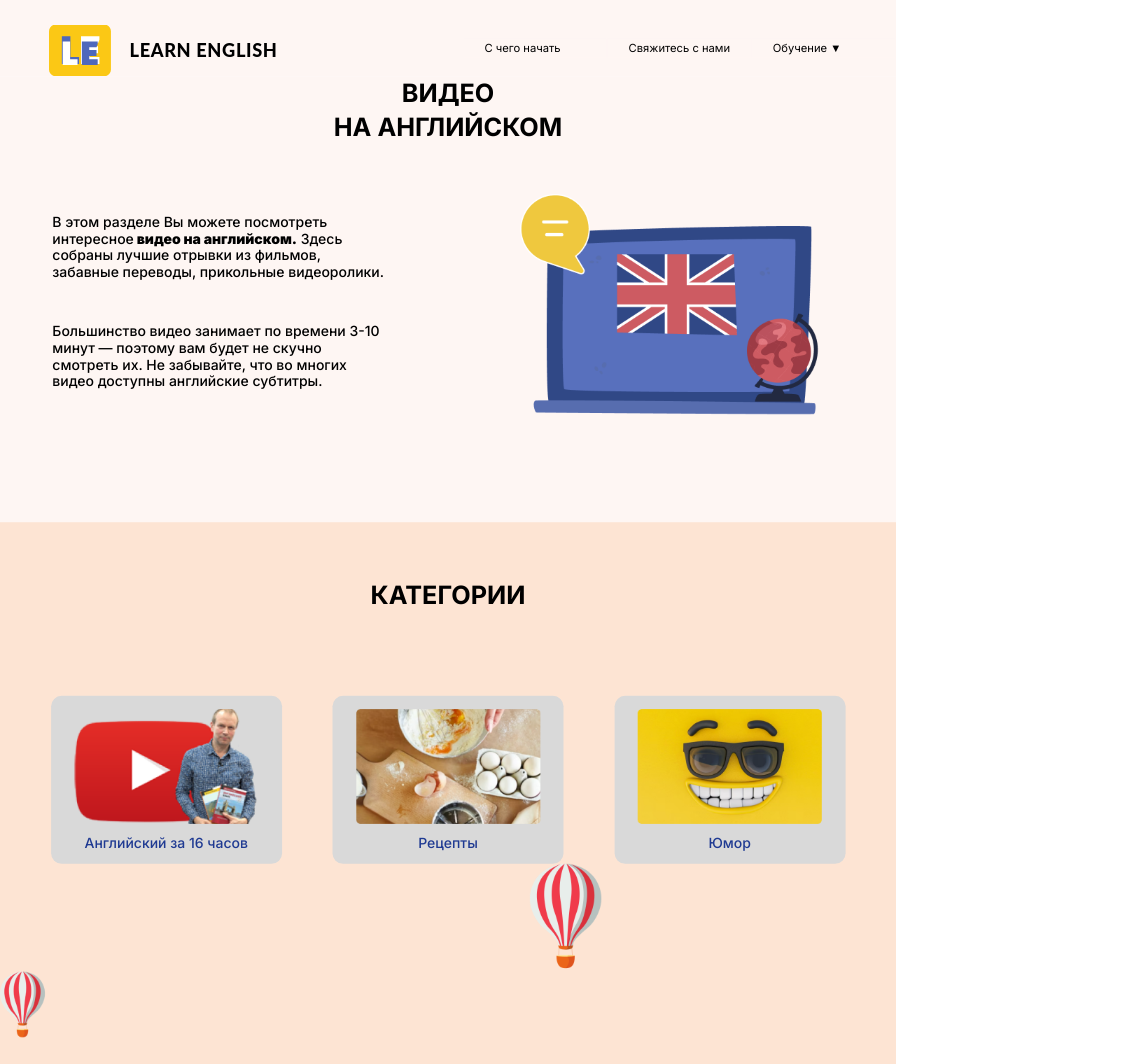
Repository: WladimirVA/Diplom
Page: scool/video.html
An editor plug-in stored every save of this project. The page is shown before and after the next save, followed by the edit.
The browser window is 1280 px wide. The page is 1616 px wide, then 1280 px, so the pictures cover 1616 px, including what lies to the right of the window. The pictures show the part of the page from y = 0 to 1520 px (the page is 2146 px tall before and 1894 px after), at 70% of full size.

Above is the page before, as saved 2023-07-20 16:04:37.

After the next save:
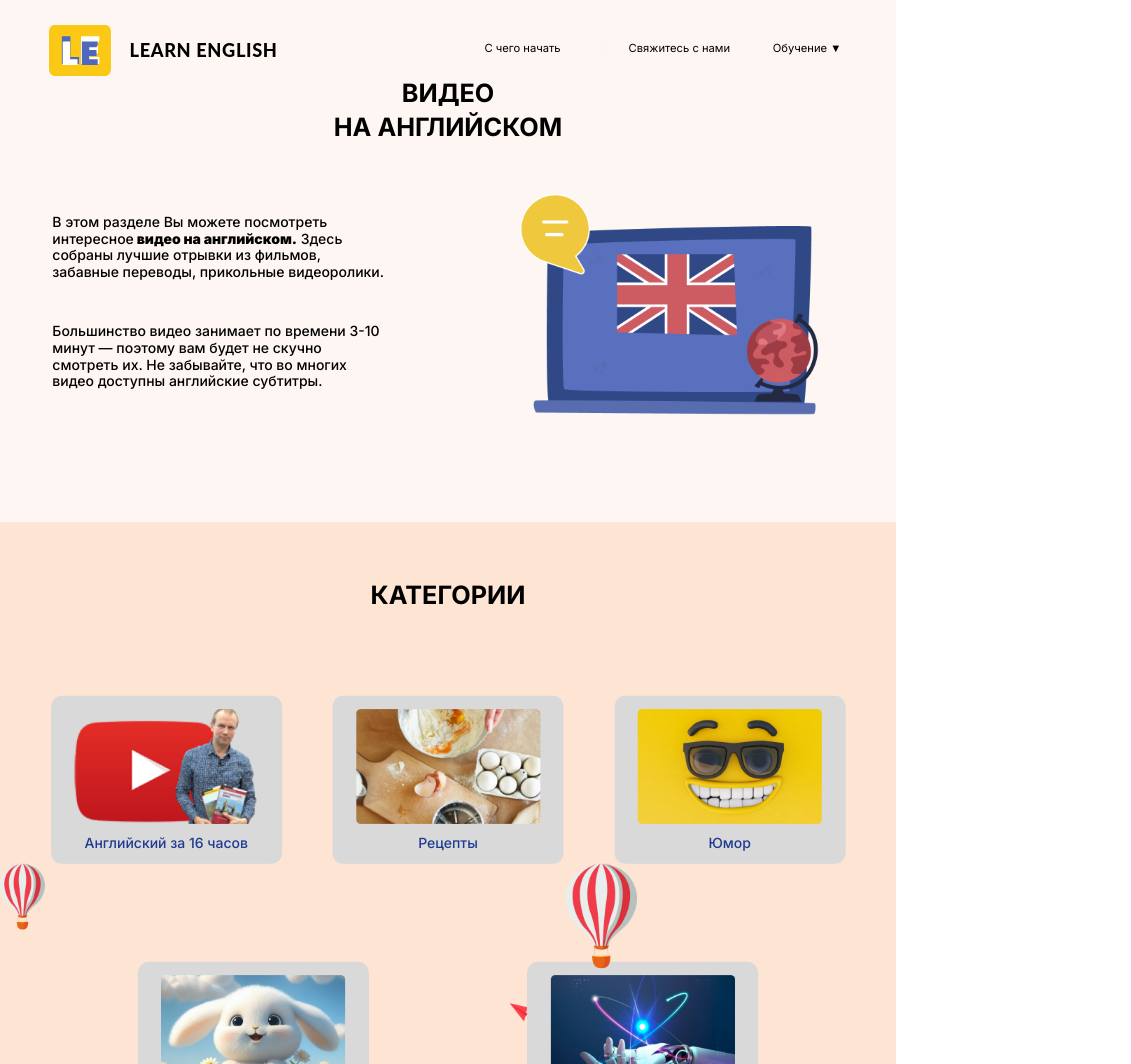
Saved 8 s later.
--- a/scool/css/video.css
+++ b/scool/css/video.css
@@ -79,7 +79,7 @@ h1 {
 .categories1 {
     padding: 120px 0 0 0;
 }
-.ball, .ball2,  {
+.ball, .ball2 {
     position: absolute;
 }
 
